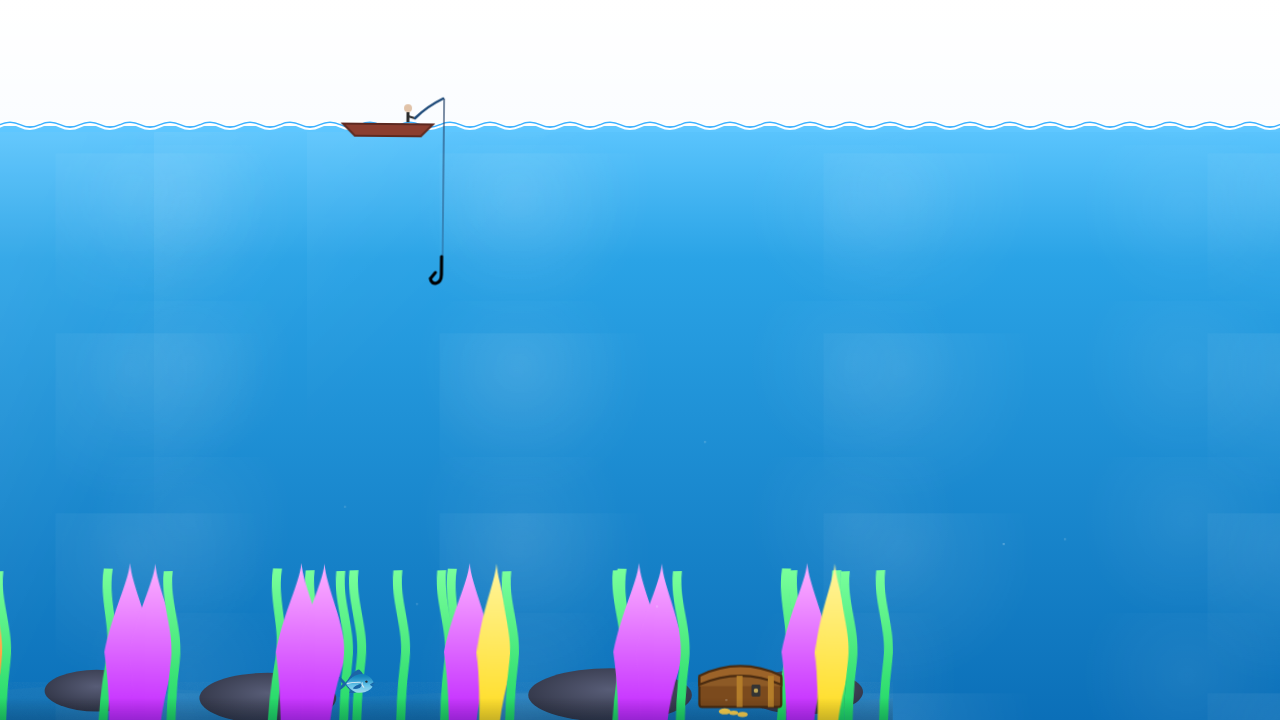
Repository: DeepFriedTurkey441/fd_game_project
Page: index.html
These files come from the project's save history. The page is drawn as it stood at one moment and after the next save; the edit follows.
The browser window is 1280 px wide. The pictures show the whole page.

Above is the page before, as saved 2025-09-23 10:27:57.

After the next save:
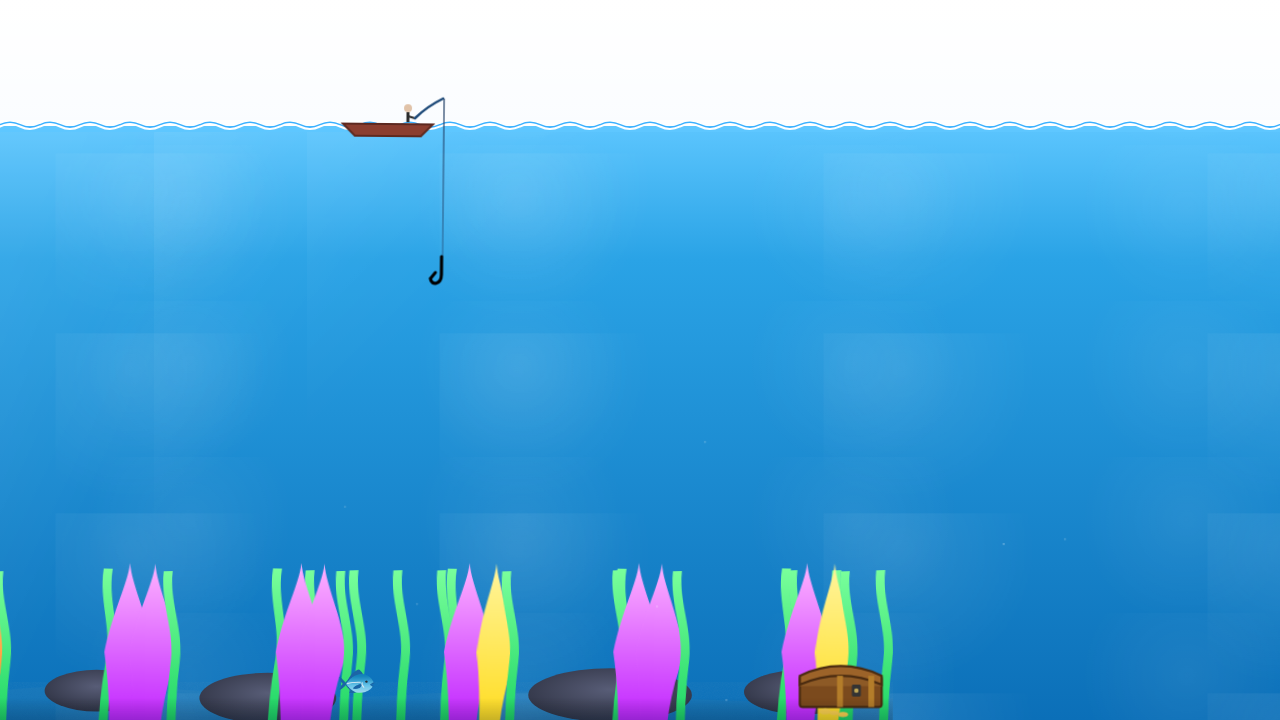
Saved 15 s later.
--- a/index.html
+++ b/index.html
@@ -93,7 +93,7 @@
       <!-- dynamic plant clusters populated by script -->
       <g id="plants" transform="translate(0,0)"></g>
       <!-- treasure chest at right-bottom third -->
-      <g id="treasure" transform="translate(980, 520)">
+      <g id="treasure" transform="translate(1115, 520)">
         <g>
           <!-- base chest -->
           <rect x="-40" y="20" width="110" height="42" rx="4" ry="4" fill="#7b4a1d" stroke="#4a2b10" stroke-width="3"/>
